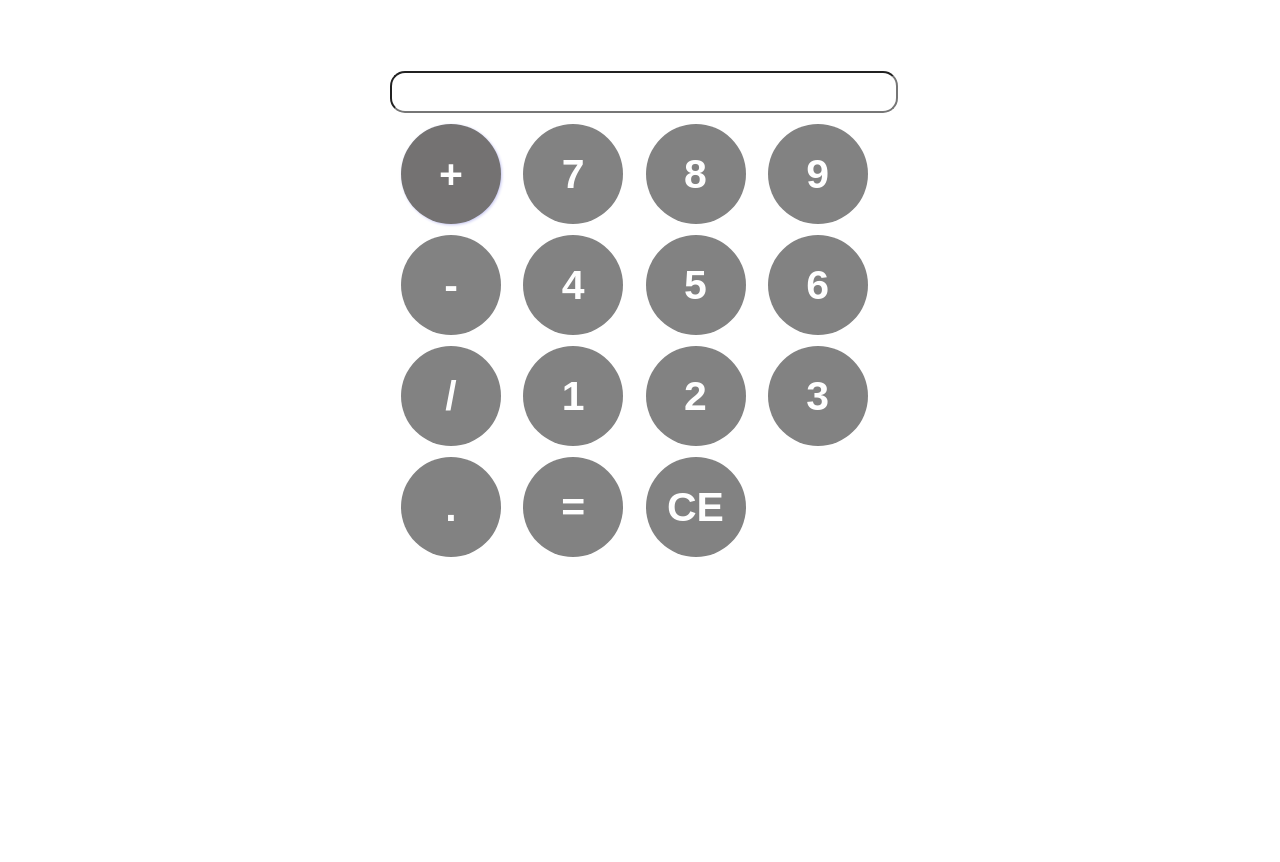
Repository: rkrukshan/JS-Calculator
Page: index.html
These files come from the project's save history. The page is drawn as it stood at one moment and after the next save; the edit follows.
The browser window is 1280 px wide. The pictures show the whole page.
The first visible `button` is being pressed.

Above is the page before, as saved 2024-09-02 13:38:42.

After the next save:
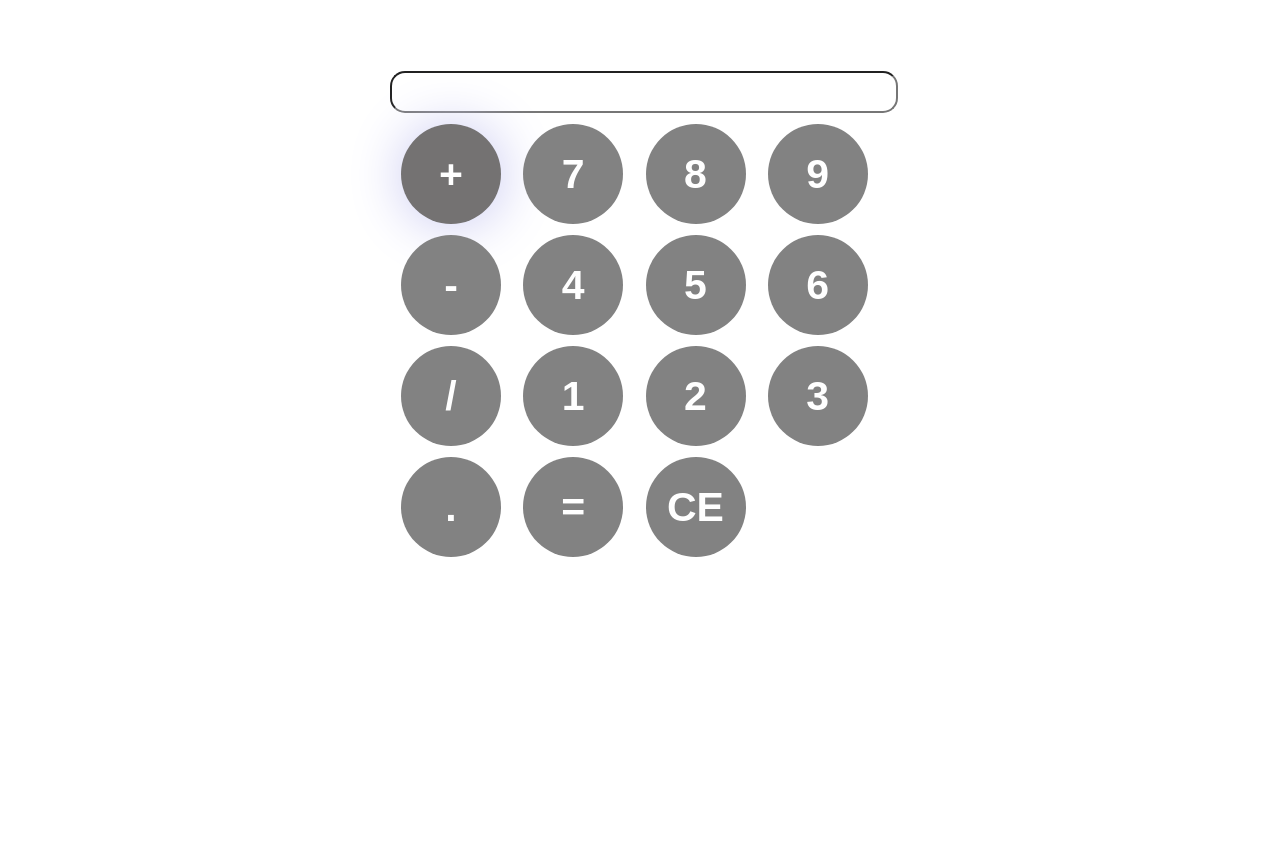
Saved 88 s later.
--- a/style.css
+++ b/style.css
@@ -33,5 +33,5 @@ button {
 }
 button:active{
     background-color:hsl(0, 1%, 45%);
-    box-shadow: 1px 1px 3px rgb(200, 200, 241);
+    box-shadow: 1px 1px 55px rgb(200, 200, 241);
 }
